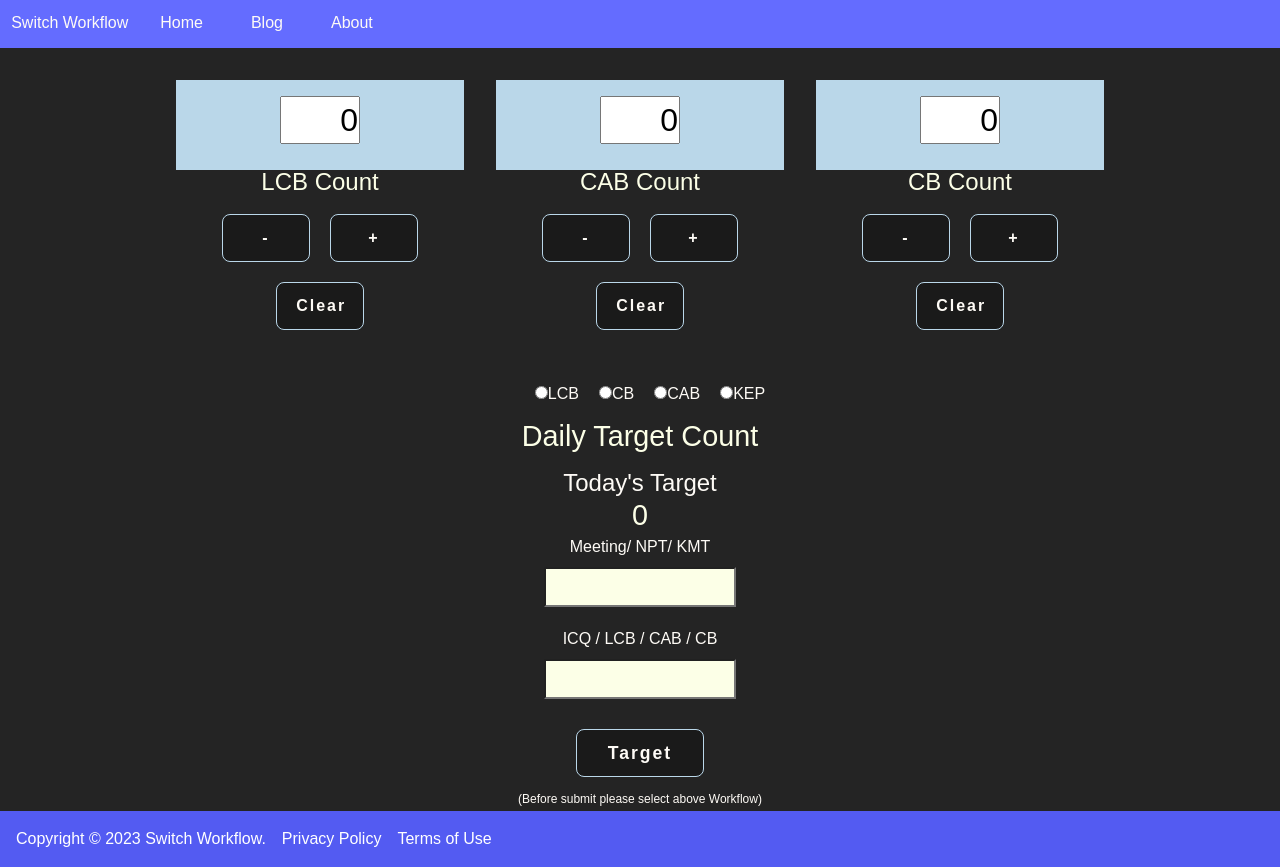
Repository: suraj-yadav7/SwitchWorkflow-Count-reactjs
Page: /
These files come from the project's save history. The page is drawn as it stood at one moment and after the next save; the edit follows.
The browser window is 1280 px wide. The pictures show the whole page.
Some web fonts or font styles are not loaded; a fallback is used. The project was rebuilt for these pictures with package versions that can differ from the ones it lists, and the page was loaded fresh each time.

Above is the page before, as saved 2023-04-20 12:20:33.

### src/App.js
import './App.css';
import DailyTarget from './Components/DailyTarget';
import Footer from './Components/Footer';
import TitleCount from './Components/TitleCount';

function App() {
  return (
    <>
    <TitleCount />
    <DailyTarget />
    <Footer />
    </>
  );
}

export default App;

### src/App.css
@import url('https://fonts.googleapis.com/css2?family=Orbitron:wght@400;500&family=Roboto:wght@400;500&family=Stardos+Stencil&display=swap');

*{
  margin: 0;
  padding: 0;
  box-sizing: border-box;
  font-family: 'Stardos Stencil',sans-serif;
  font-size: 16px;
  line-height: 24px;
  font-weight: 400;

  /* color-scheme: light dark; */
  /* color: #FEFBF6; */
  /* background-color: #242424; */
  /* font-synthesis: none;
  text-rendering: optimizeLegibility;
  -webkit-font-smoothing: antialiased;
  -moz-osx-font-smoothing: grayscale;  */

}

.cardText1{
  color: #FCFFE7;
  font-size: 1.5rem;
  margin: 10px;
  font-family: 'Stardos Stencil', cursive, sans-serif;

}


button{
  width: 5.5rem;
  margin: 10px;
  height: 3rem;
  border-radius: 8px;
  border: 0.5px solid #BAD7E9;
  padding: 0.6em 1.2em;
  font-size: 1rem;
  letter-spacing: 2px;
  font-weight: 700;
  font-family: 'Stardos Stencil', cursive, sans-serif;
  background-color: #1a1a1a;
  color: #FEFBF6;
  cursor: pointer;
  transition: border-color 0.25s;
}
button:hover {
  border-color: #646cff;
}
button:focus,
button:focus-visible {
  outline: 4px auto -webkit-focus-ring-color;
}
a{
  font-weight: 500;
  color: #646cff;
  text-decoration: inherit;
}
a:hover {
  color: #535bf2;
}
li,a{
  list-style: none;
}
/* Nav bar */
.navbar{
  width: 100%;
  height: 3rem;
  display: flex;
  /* flex-direction: column; */
  padding: 0.7rem;
  font: 400 1.2rem san-serif;
  background-color: #646cff;
  color: #FEFBF6;

}
.navbar > ul{
  display: flex;
  gap: 3rem;
  margin-left: 2rem;
}

.container1{
  display:flex ;
  justify-content: center;
  align-items: center;
  gap: 2rem;
  padding: 2rem;
  background-color: #242424;
  color: #FEFBF6;

}

.card-body{
  text-align: center;
  background-color: #242424;

}
.card{
  background-color :#BAD7E9;
}

.card >input{
  width: 5rem;
  height: 3rem;
  font-size: 2rem;
  text-align: right;
  margin:1rem  6.5rem;
}

/* Daily Target style */
.dailyTarget{
  align-items: center;
  display: flex;
  justify-content: center;
  background-color: #242424;
  color: #FEFBF6 !important;
}

.textType{
  display: flex;
  flex-direction: column;
  width: 20rem;
  align-items: center;
  justify-content: center;
  color: #FEFBF6;

}
.textType >input{
  margin: 8px 0px 20px 0px;
  text-align: center;
}
.textType >P{
  font-size: 12px;
}

.radioBtn >input{
  margin-left: 20px;
}
.cardText2{
  color: #FCFFE7;
  font-size: 1.8rem;
  margin: 8px;
  font-family: 'Stardos Stencil', cursive, sans-serif;

}
.resultBtn{
  width: 8rem;
  height: 3rem;
  font-size: 1.1rem;
}
.inputArea{
  background-color: #FCFFE7;
  font-family: 'Stardos Stencil', cursive,;
  color: red;
  font-size: 1.4rem;
  height: 2.5rem;
  width: 60%;
}

/* footer */
footer{
  display: flex;
  background-color: #535bf2 !important;
  color: #fff !important;
}

footer >ul{
display: flex;
border-radius: 2px soild red;
gap: 1rem;
padding: 1rem;
}

### src/Components/DailyTarget.jsx
import React from 'react'
import {useState, useEffect} from "react"
const DailyTarget = () => {
        const [target, setTarget] = useState({
            targ:0,
            npt:0,
            icq:0
        })

        const [radioBtn, setradioBtnClick] = useState("")

        const inputVal1 = (e)=>{
            let val = parseInt(e.target.value)
            console.log(val)
            setTarget((prev)=> ({...prev, npt:val || 0}))
        }

        const inputVal2 = (e)=>{
            let val = parseInt(e.target.value)
            console.log(val)
            setTarget((prev)=> ({...prev, icq:val || 0}))

        }

        const targetHandle = (e) =>{
            if(radioBtn === "LCB"){
                let output = ((955-target.icq)-((parseInt((target.npt/0.502).toFixed())) - parseInt((target.icq/6).toFixed())))
                setTarget((prev)=>({...prev,targ:output}))
            }
            else if(radioBtn === "CB") {
                let output = ((310-target.icq)-((parseInt((target.npt/1.548).toFixed())) - parseInt((target.icq/6).toFixed())))
                // let output = parseInt(310-((parseInt((target.npt).toFixed())) + parseInt((target.icq/6).toFixed())))
                // console.log(310-((target.npt/1.548) + (target.icq/6)))
                setTarget((prev)=>({...prev,targ:output}))
                console.log("the final reulst",target.targ)
            }
            else if(radioBtn === "CAB") {
                let output = ((442-target.icq)-((parseInt((target.npt/1.085).toFixed())) + parseInt((target.icq/6).toFixed())))
                setTarget((prev)=>({...prev,targ:output}))
            }

        }
            useEffect(()=>{
                setTarget((prev)=>({...prev,targ:0}))
            },[radioBtn])

    return (
        <>
            <div className='dailyTarget'>
                <div class="card card2" >
                    <div class="card-body textType">
                    <div className="radioBtn" style={{margin: "10px"}}>
                        <input type='radio' onChange={e => setradioBtnClick(e.target.value)} name="workFlow" value="LCB"/>LCB
                        <input type='radio'onChange={e => setradioBtnClick(e.target.value)} name="workFlow" value="CB"/>CB
                        <input type='radio' onChange={e => setradioBtnClick(e.target.value)} name="workFlow" value="CAB"/>CAB
                        <input type='radio'onChange={e => setradioBtnClick(e.target.value)} name="workFlow" value="KEP"/>KEP
                    </div>
                        <h5 class="card-title cardText2">Daily Target Count</h5>
                        <span style={{fontSize: "1.5rem", marginTop:"15px"}}>Today's Target</span><h3 className='cardText2'>{target.targ<=0?0:target.targ}</h3>
                        <span>Meeting/ NPT/ KMT</span><input type='text' name="npt"  className='inputArea' onChange={inputVal1} />
                        <span>ICQ / LCB / CAB / CB</span><input type='text' name="icq"  className='inputArea' onChange={inputVal2} />
                        <button className='resultBtn' onClick={targetHandle}>Target</button>
                        <p>(Before submit please select above Workflow)</p>
                    </div>
                </div>

            </div>
        </>
    )
}

export default DailyTarget

### src/Components/Footer.jsx
import React from 'react'

const Footer = () => {
  return (
  <>
  <footer style={{backgroundColor: "red"}}>
    <ul>
    <li>Copyright © 2023 Switch Workflow.</li>
    <li>Privacy Policy</li>
    <li> Terms of Use</li>
    </ul>
  </footer>
  </>
  )
}

export default Footer

### src/Components/TitleCount.jsx
import React from 'react'
import { useState, useEffect } from 'react'
const TitleCount = () => {

    const [lcbCount, setLcbCount] = useState(parseInt(localStorage.getItem("lcbKey")) || 0)
    const [cbCount, setcbCount] = useState(parseInt(localStorage.getItem("cbKey")) || 0)
    const [cabCount, setCabCount] = useState(parseInt(localStorage.getItem("cabKey")) || 0)

    useEffect(()=>{
        localStorage.setItem("lcbKey", lcbCount)
        localStorage.setItem("cbKey", cbCount)
        localStorage.setItem("cabKey", cabCount)
    },[lcbCount,cbCount,cabCount])

    return (
        <>
        <nav>
            <div className='navbar'>
            <span>Switch Workflow</span>
                <ul>
                    <li>Home</li>
                    <li>Blog</li>
                    <li>About</li>
                </ul>
            </div>
        </nav>
            <div className="container1">
                <div class="card" style={{width: "18rem"}}>
                    <input type='text' name="lcbCount" value={lcbCount}/>
                    <div class="card-body">
                        <h5 class="card-title cardText1">LCB Count</h5>
                        <button onClick={()=>setLcbCount(val => (lcbCount>0 ? val-1: 0))}>-</button>
                        <button onClick={()=>setLcbCount(val => val+1)}>+</button>
                        <button onClick={()=>setLcbCount(0)}>Clear</button>
                    </div>
                </div>
                <div class="card" style={{width: "18rem"}}>
                    <input type='text' name="cabCount" value={cabCount}/>
                    <div class="card-body">
                        <h5 class="card-title cardText1">CAB Count</h5>
                        <button onClick={()=>setCabCount(val => (cabCount>0 ? val-1: 0))}>-</button>
                        <button onClick={()=>setCabCount(val => val+1)}>+</button>
                        <button onClick={()=>setCabCount(0)}>Clear</button>
                    </div>
                </div>
                <div class="card" style={{width: "18rem"}}>
                    <input type='text' name="cbCount" value={cbCount}/>
                    <div class="card-body">
                        <h5 class="card-title  cardText1 ">CB Count</h5>
                        <button onClick={()=>setcbCount(val => (cbCount>0 ? val-1: 0))}>-</button>
                        <button onClick={()=>setcbCount(val => val+1)}>+</button>
                        <button onClick={()=>setcbCount(0)}>Clear</button>
                    </div>
                </div>
            </div>

        </>
    )
}

export default TitleCount

Loaded but not shown: src/index.js (common file)

After the next save:
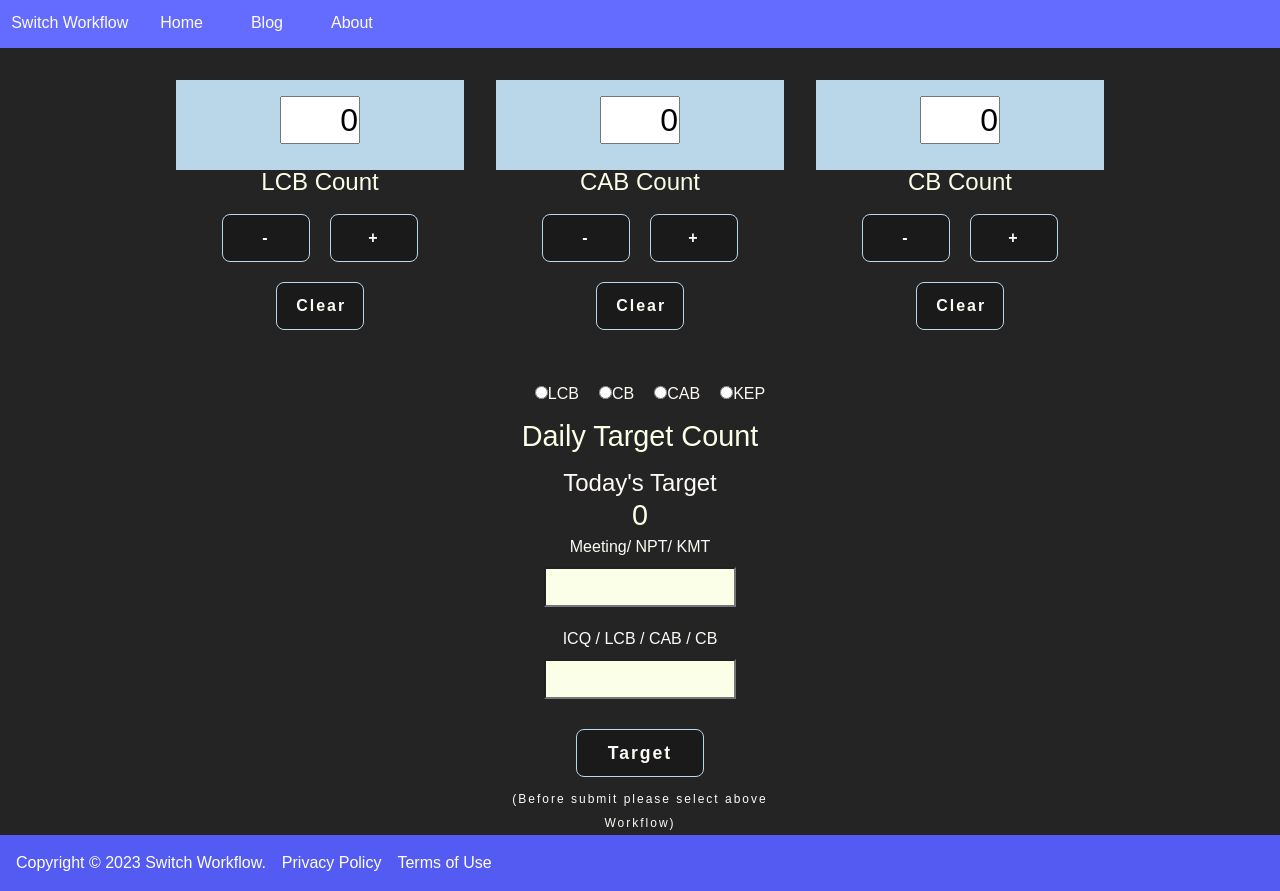
Saved 15 s later.
--- a/src/App.css
+++ b/src/App.css
@@ -132,6 +132,7 @@
 }
 .textType >P{
   font-size: 12px;
+  letter-spacing: 2px;
 }
 
 .radioBtn >input{

After the save that followed:
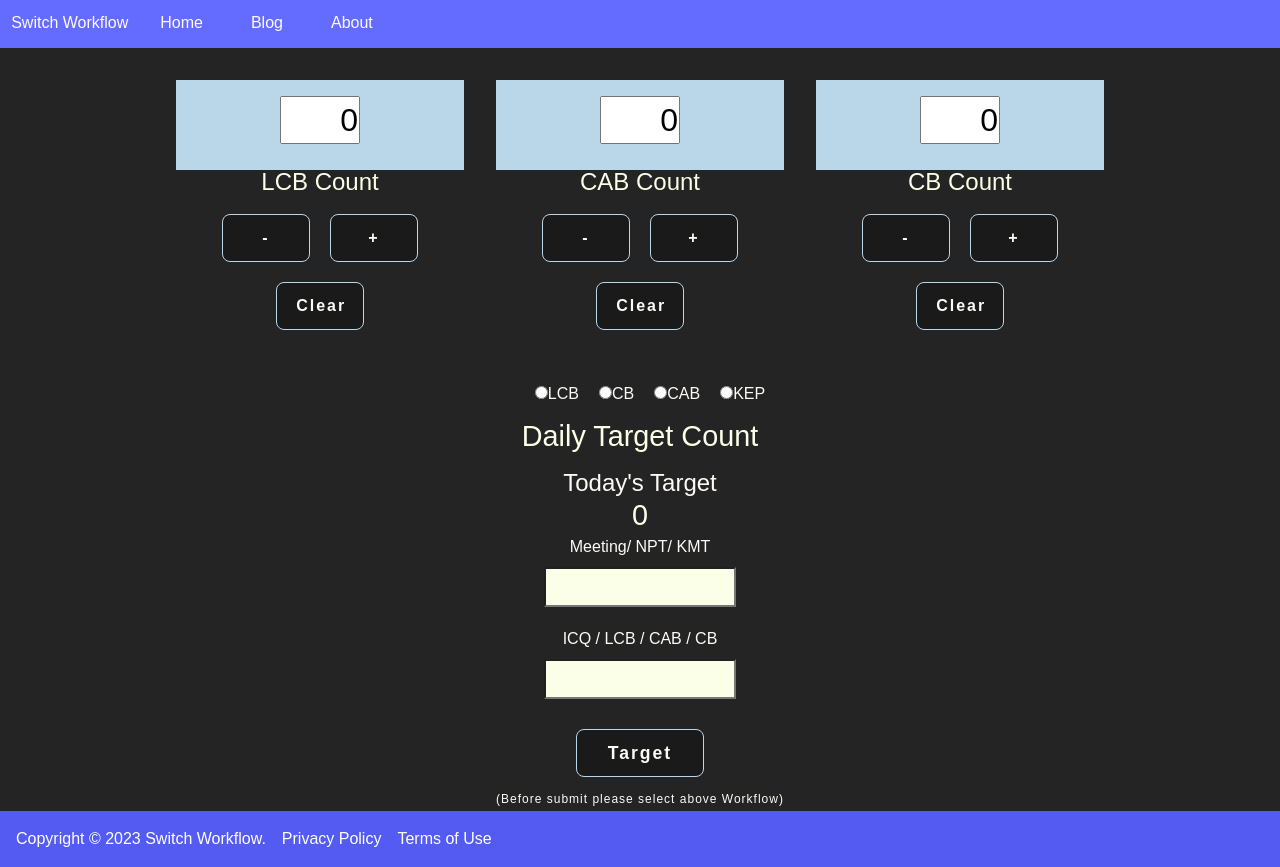
Saved 6 s later.
--- a/src/App.css
+++ b/src/App.css
@@ -132,7 +132,7 @@
 }
 .textType >P{
   font-size: 12px;
-  letter-spacing: 2px;
+  letter-spacing: 1px;
 }
 
 .radioBtn >input{
